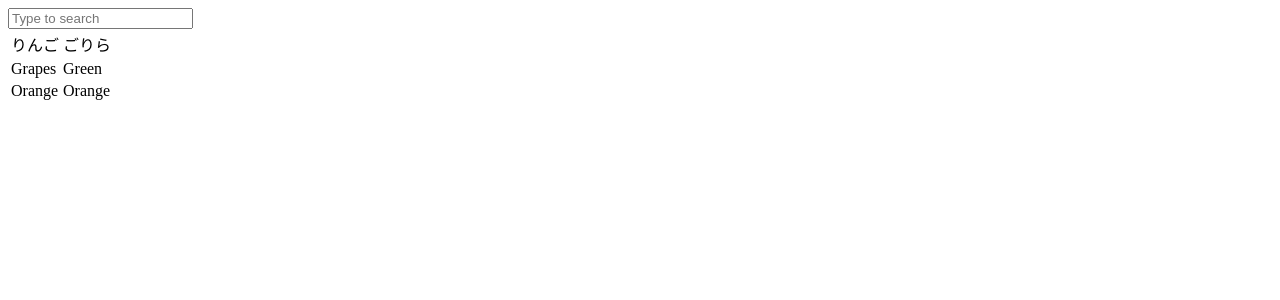
Repository: yamadayurika/rails
Page: RealTimeFilter/filter.html
The author's editor kept a record of every edit. The page is drawn from the files as they stood at one moment, then again after the next edit.
The browser window is 1280 px wide. The pictures show the whole page.
Some web libraries are served in a nearby version.

Above is the page before.

### RealTimeFilter/filter.html
<!DOCTYPE html>
<html>
<head>
  <meta charset="utf-8"/>
  <title>sample</title>
</head>
<body>
<input type="text" id="search" placeholder="Type to search">
<table id="table">
   <tr>
      <td>りんご</td>
      <td>ごりら</td>
   </tr>
   <tr>
      <td>Grapes</td>
      <td>Green</td>
   </tr>
   <tr>
      <td>Orange</td>
      <td>Orange</td>
   </tr>
</table>
<script src="https://ajax.googleapis.com/ajax/libs/jquery/1.11.1/jquery.min.js"></script>
<script src="https://cdnjs.cloudflare.com/ajax/libs/jquery-easing/1.3/jquery.easing.min.js"></script>
</body>

After the next edit:
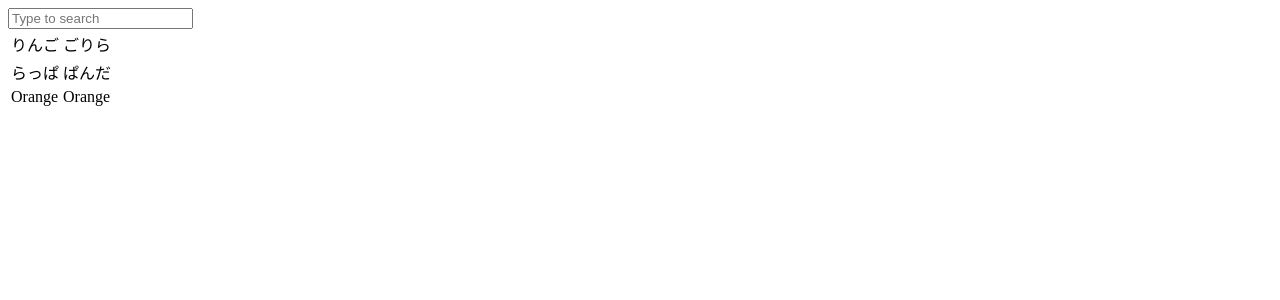
The edit:
--- a/RealTimeFilter/filter.html
+++ b/RealTimeFilter/filter.html
@@ -12,8 +12,8 @@
       <td>ごりら</td>
    </tr>
    <tr>
-      <td>Grapes</td>
-      <td>Green</td>
+      <td>らっぱ</td>
+      <td>ぱんだ</td>
    </tr>
    <tr>
       <td>Orange</td>
